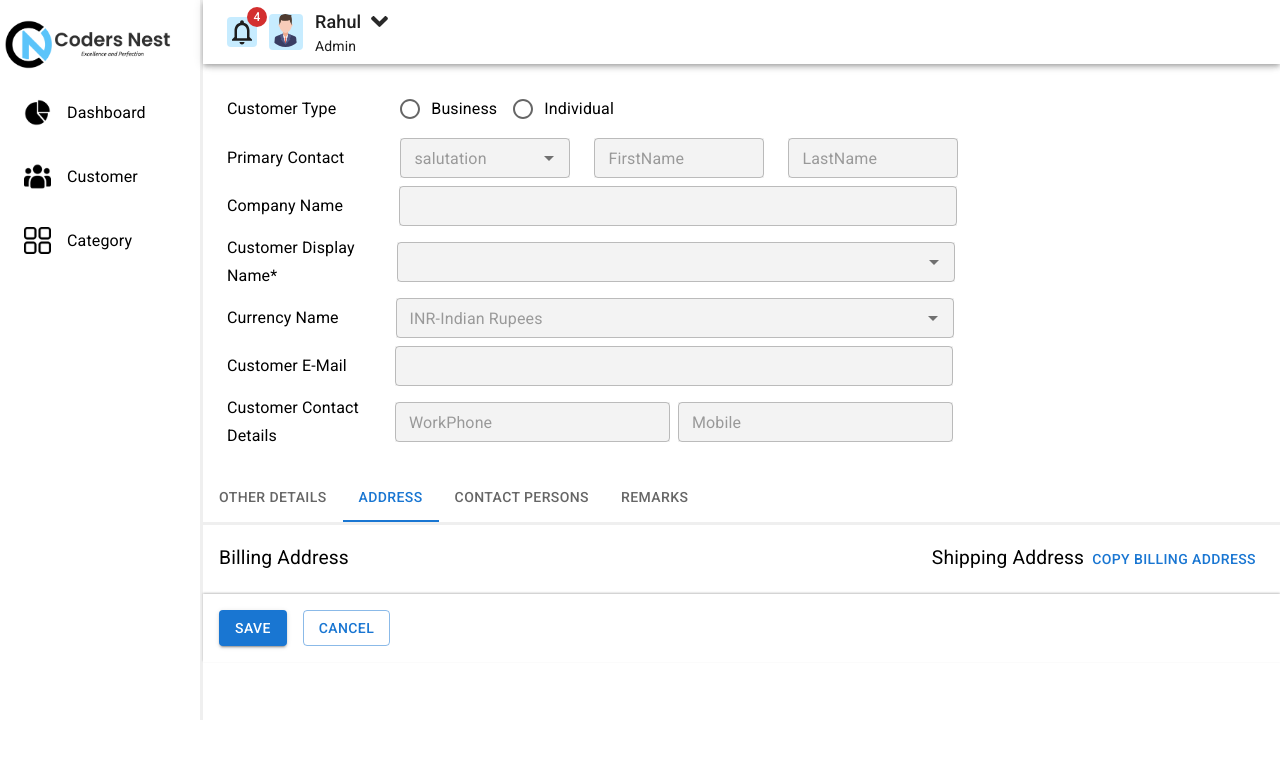
Repository: wajahadalishaik04/CN_Books
Page: /newcustomer, after clicking the first element matching `div.MuiTabs-list > :nth-child(2)`
These files come from the project's save history. The page is drawn as it stood at one moment and after the next save; the edit follows.
The browser window is 1280 px wide. The pictures show the whole page.
The project was rebuilt for these pictures with package versions that can differ from the ones it lists, and the page was loaded fresh each time. Also part of the build but not shown: vite.config.js, src/pages/LoginScreen.jsx, src/pages/Signin.jsx, src/pages/OtpScreen.jsx, src/pages/SignUp.jsx, src/pages/VerifyScreen.jsx, src/components/Content.jsx, src/pages/DashboardScreen.jsx and 4 more.

Above is the page before, as saved 2024-09-18 01:00:42.

After the next save:
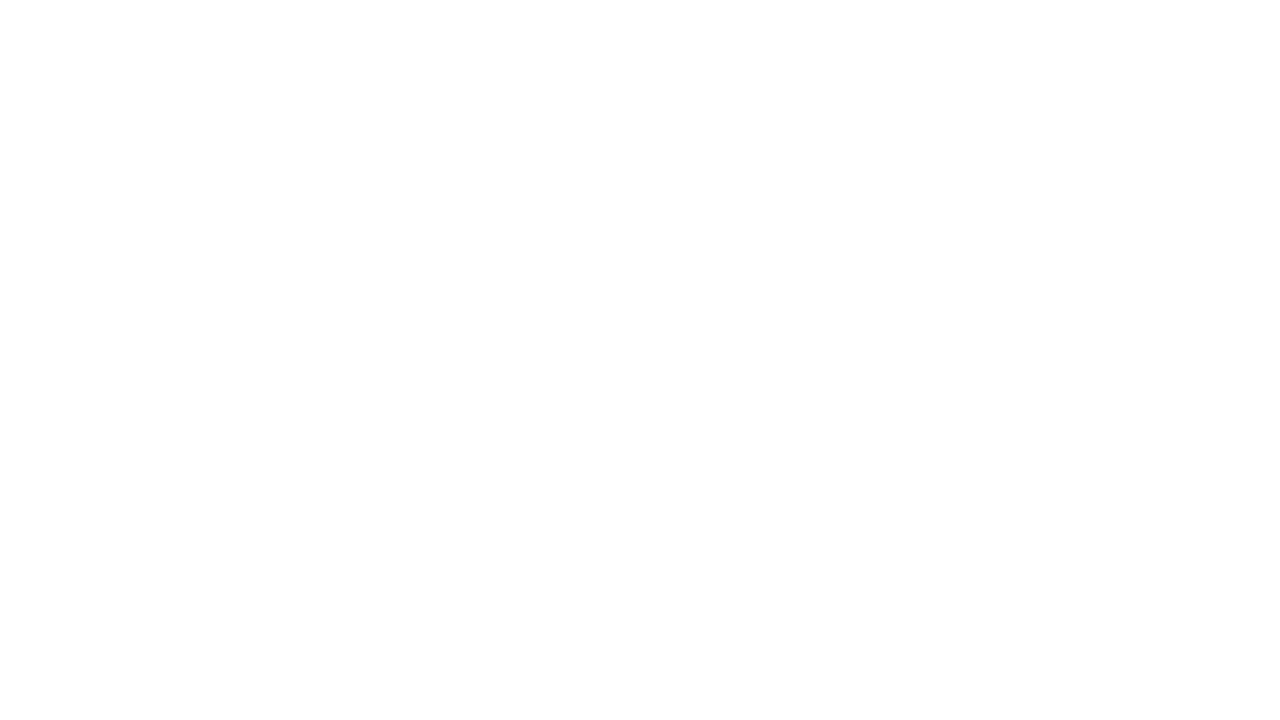
Console error: ReferenceError: mar is not defined
Saved 17 s later.
--- a/src/pages/customerscreens/NewCustomer.jsx
+++ b/src/pages/customerscreens/NewCustomer.jsx
@@ -561,7 +561,7 @@
            {/* Billing & shipping Address */}
            <Box sx={{display:"flex",justifyContent:"space-between"}}>
             <Typography variant="subtitle1"fontSize={"1.2rem"}>Billing Address</Typography>
-            <Box sx={{display:"flex"}}>
+            <Box sx={{display:"flex",mar}}>
             <Typography variant="subtitle1"fontSize={"1.2rem"}>Shipping Address</Typography>
             <Button variant="text">Copy billing Address </Button>
             </Box>

After the 5 saves that followed:
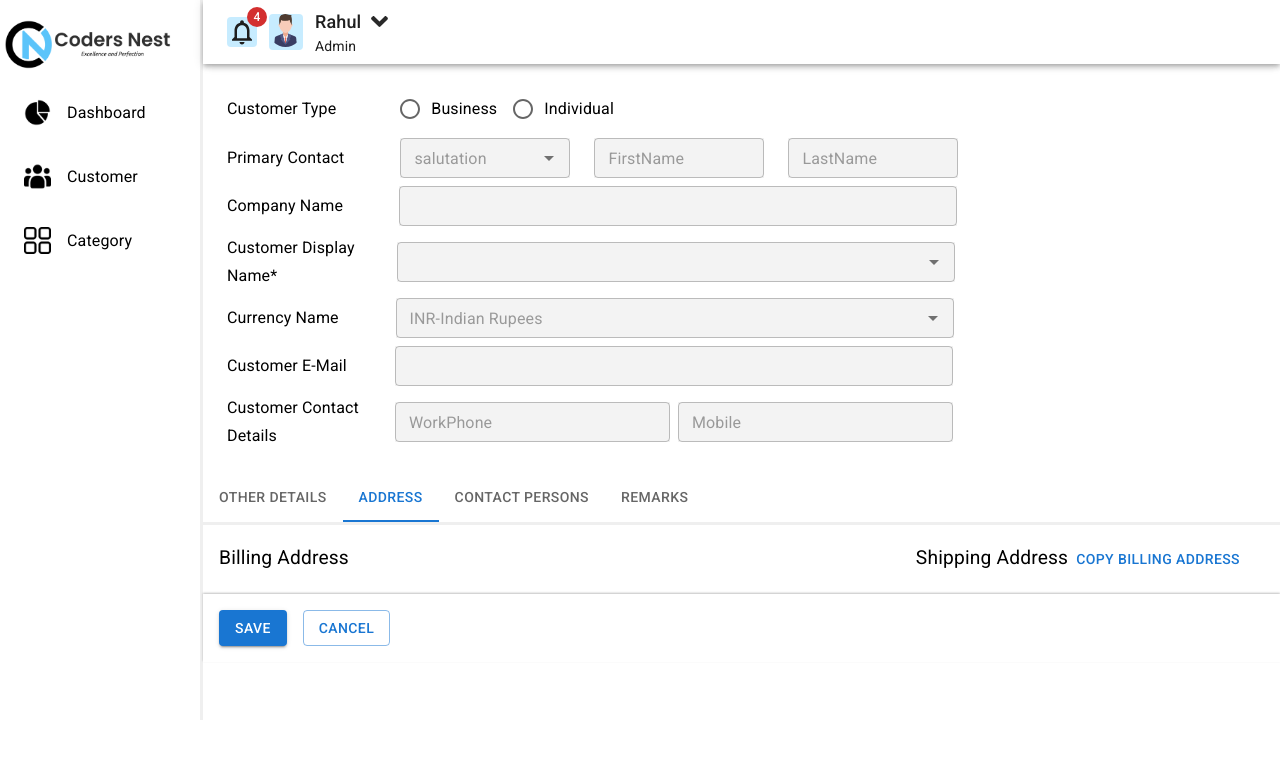
The error is gone.
The 5 saves are shown as one change because they came seconds apart.
The last was saved 14 s later.
--- a/src/pages/customerscreens/NewCustomer.jsx
+++ b/src/pages/customerscreens/NewCustomer.jsx
@@ -561,7 +561,7 @@
            {/* Billing & shipping Address */}
            <Box sx={{display:"flex",justifyContent:"space-between"}}>
             <Typography variant="subtitle1"fontSize={"1.2rem"}>Billing Address</Typography>
-            <Box sx={{display:"flex",mar}}>
+            <Box sx={{display:"flex",paddingRight:2}}>
             <Typography variant="subtitle1"fontSize={"1.2rem"}>Shipping Address</Typography>
             <Button variant="text">Copy billing Address </Button>
             </Box>
